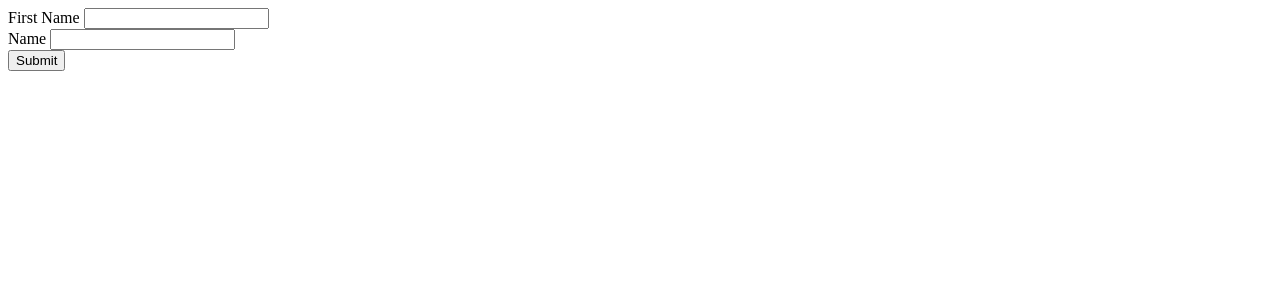
Repository: NeroVanbiervliet/newbeurs-web-terminated
Page: BeursWebApp/WebContent/test2.html
These files come from the project's save history. The page is drawn as it stood at one moment and after the next save; the edit follows.
The browser window is 1280 px wide. The pictures show the whole page.
Some web libraries are served in a nearby version.

Above is the page before, as saved 2015-09-02 07:49:51.

### BeursWebApp/WebContent/test2.html
<!DOCTYPE html>
<html>
<head>
  <script src="http://code.jquery.com/jquery-1.9.1.js"></script>
</head>
<body>
    <form id="formoid" action="studentFormInsert.php" title="" method="post">
        <div>
            <label class="title">First Name</label>
            <input type="text" id="name" name="name" >
        </div>
        <div>
            <label class="title">Name</label>
            <input type="text" id="name2" name="name2" >
        </div>
        <div>
            <input type="submit" id="submitButton"  name="submitButton" value="Submit">
        </div>
 </form>
<script type='text/javascript'>
    /* attach a submit handler to the form */
    $("#formoid").submit(function(event) {

      /* stop form from submitting normally */
      event.preventDefault();

      /* get some values from elements on the page: */
      var $form = $( this ),
          url = $form.attr( 'action' );

      /* Send the data using post */
      var posting = $.post( url, { name: $('#name').val(), name2: $('#name2').val() } );

      /* Alerts the results */
      posting.done(function( data ) {
        alert('success');
      });
    });
</script>

</body>
</html>

After the next save:
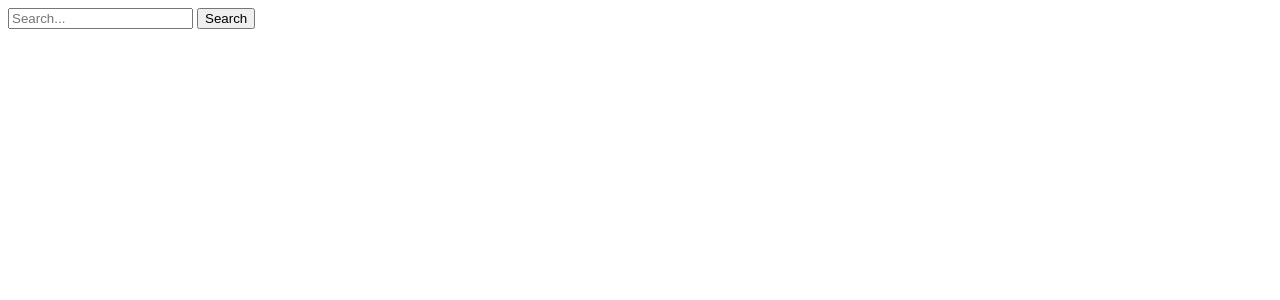
Saved 5 min 27 s later.
--- a/BeursWebApp/WebContent/test2.html
+++ b/BeursWebApp/WebContent/test2.html
@@ -1,42 +1,38 @@
 <!DOCTYPE html>
 <html>
-<head>
-  <script src="http://code.jquery.com/jquery-1.9.1.js"></script>
-</head>
-<body>
-    <form id="formoid" action="studentFormInsert.php" title="" method="post">
-        <div>
-            <label class="title">First Name</label>
-            <input type="text" id="name" name="name" >
-        </div>
-        <div>
-            <label class="title">Name</label>
-            <input type="text" id="name2" name="name2" >
-        </div>
-        <div>
-            <input type="submit" id="submitButton"  name="submitButton" value="Submit">
-        </div>
- </form>
-<script type='text/javascript'>
-    /* attach a submit handler to the form */
-    $("#formoid").submit(function(event) {
+    <head>
+        <script src="http://code.jquery.com/jquery-1.9.1.js"></script>
+    </head>
+    <body>
+        <form action="launch_simulation.jsp" id="searchForm">
+            <input type="text" name="s" placeholder="Search..." />
+            <input type="submit" value="Search" />
+        </form>
+        <!-- the result of the search will be rendered inside this div -->
+        <div id="result"></div>
+        <script>
+            /* attach a submit handler to the form */
+            $("#searchForm").submit(function(event) {
 
-      /* stop form from submitting normally */
-      event.preventDefault();
+                /* stop form from submitting normally */
+                event.preventDefault();
 
-      /* get some values from elements on the page: */
-      var $form = $( this ),
-          url = $form.attr( 'action' );
+                /* get some values from elements on the page: */
+                var $form = $(this),
+                    term = $form.find('input[name="s"]').val(),
+                    url = $form.attr('action');
 
-      /* Send the data using post */
-      var posting = $.post( url, { name: $('#name').val(), name2: $('#name2').val() } );
+                /* Send the data using post */
+                var posting = $.post(url, {
+                    s: term
+                });
 
-      /* Alerts the results */
-      posting.done(function( data ) {
-        alert('success');
-      });
-    });
-</script>
-
-</body>
+                /* Put the results in a div */
+                posting.done(function(data) {
+                    var content = $(data).find('#content');
+                    $("#result").empty().append(content);
+                });
+            });
+        </script>
+    </body>
 </html>
